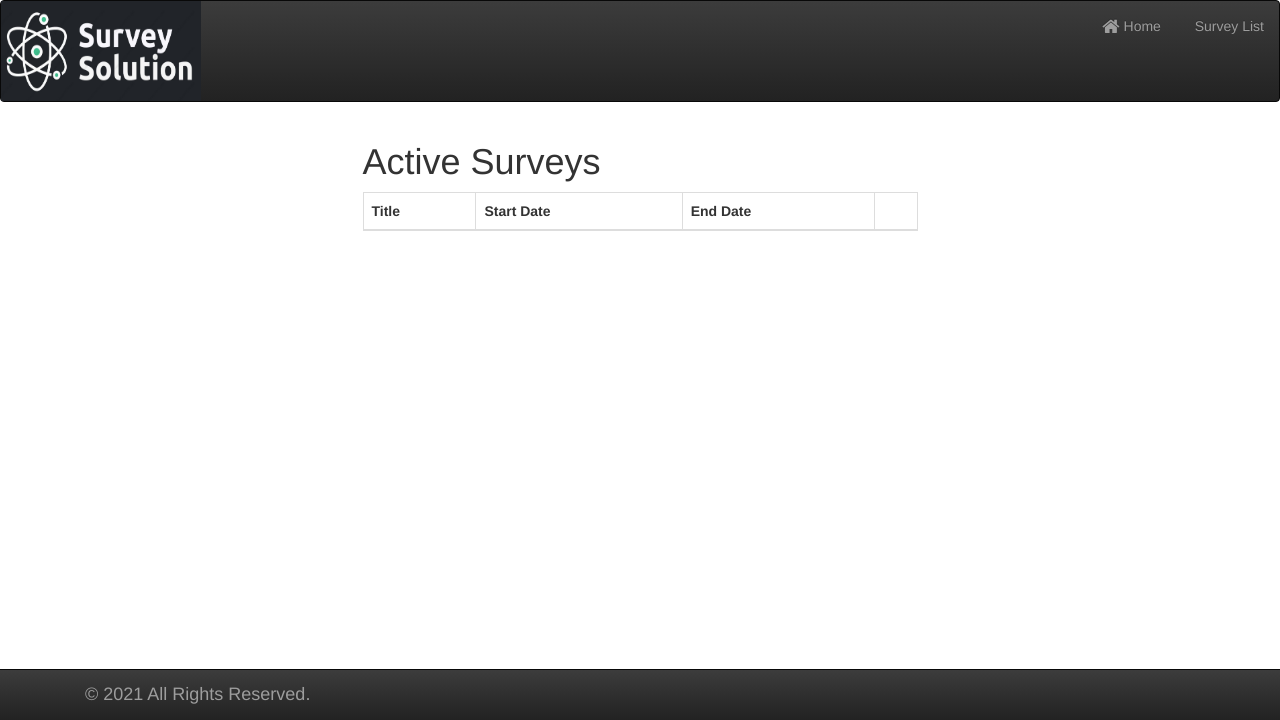
Repository: Ann8002/COMP229-F2021-SB-P
Page: http://localhost/
The author's editor kept a copy of each file at every save. The page is drawn from the files as they stood at one save, then again after the next save.
The browser window is 1280 px wide. The pictures show the whole page.
The page is served by the project's Node server (server.js). Style sheets and scripts are compiled from the project's sources, by tool versions that may differ from the author's. Queries for data that is not in the repository find no rows.

Above is the page before, as saved 2021-11-20 13:22:58.

After the next save:
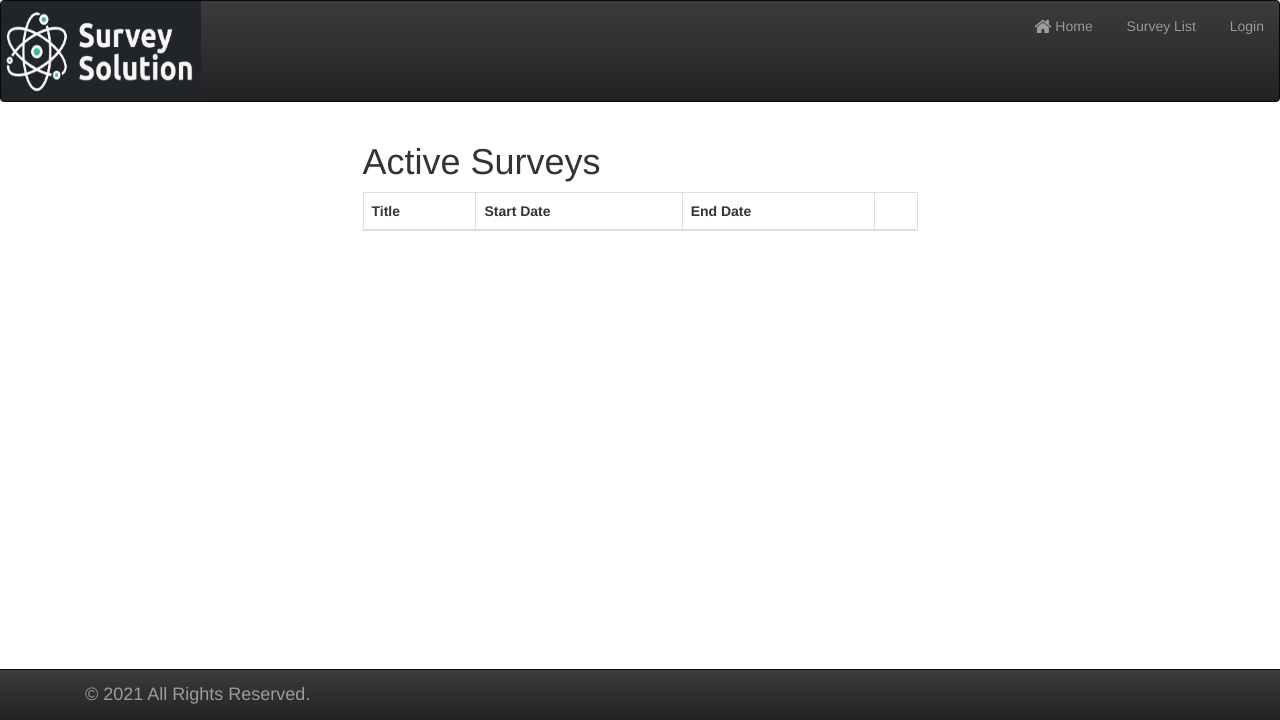
Saved 3 h 1 min later.
--- a/Downloads/SEMESTER-3/COMP 229- WEB APP DEVELOPMENT/PROJECT-11-20/SurveySolutionBackup-20-11/server/views/partials/header.ejs
+++ b/Downloads/SEMESTER-3/COMP 229- WEB APP DEVELOPMENT/PROJECT-11-20/SurveySolutionBackup-20-11/server/views/partials/header.ejs
@@ -43,6 +43,14 @@
             </i> Survey List</a></li>
           <% } %>
 
+          <% if(title == "login") { %>
+          <li class="active"><a href="/login"><i class="fa fa-survey fa-lg">
+          </i> Login</a></li>
+          <% } else { %>
+            <li><a href="/login"><i class="fa fa-survey fa-lg">
+            </i> Login</a></li>
+          <% } %>
+
       </ul>
     </div><!-- /.navbar-collapse -->
   </nav>
